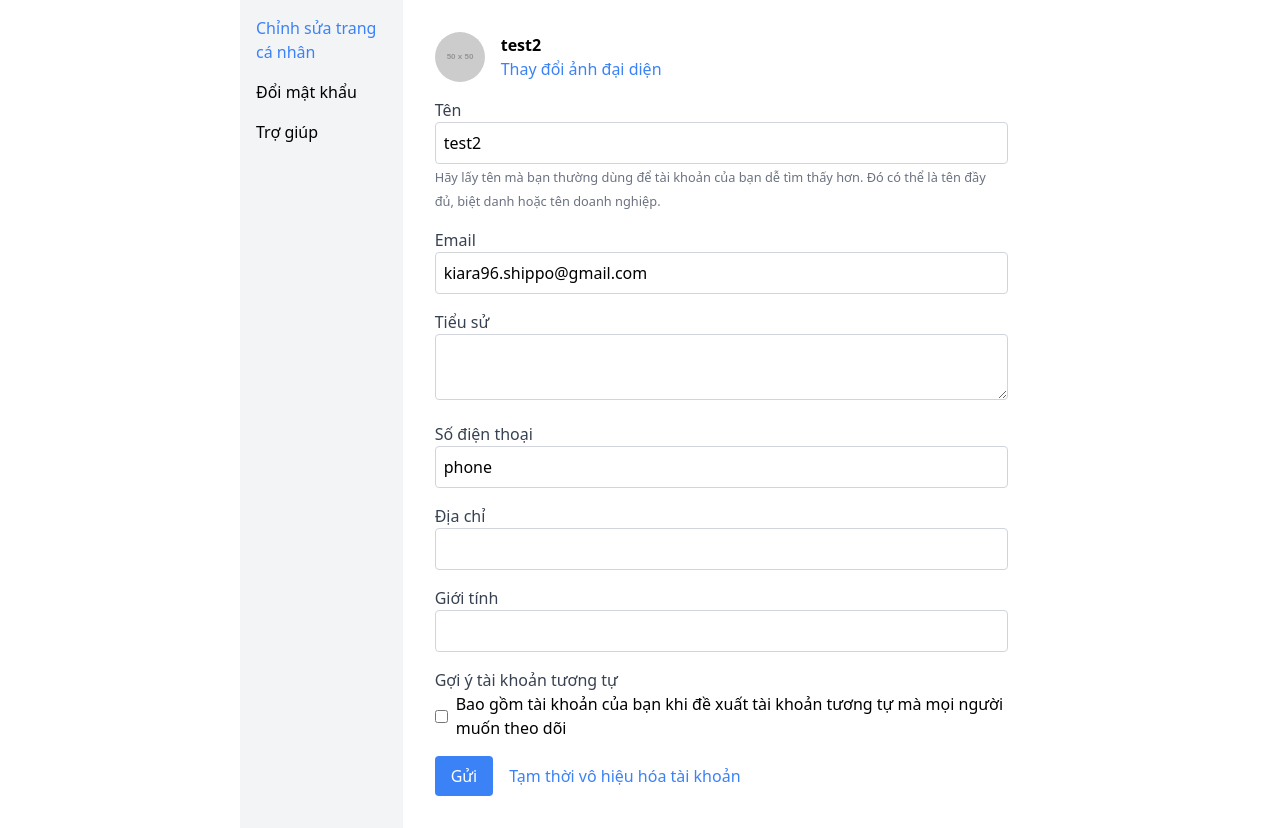
Repository: DangNgocDuong250903/2425_CS445AC_NHOM1
Page: /update_user (app in social_fe/)
These files come from the project's save history. The page is drawn as it stood at one moment and after the next save; the edit follows.
The browser window is 1280 px wide. The pictures show the whole page.
The project was rebuilt for these pictures with package versions that can differ from the ones it lists, and the page was loaded fresh each time. Also part of the build but not shown: social_fe/vite.config.js, social_fe/src/components/Button/index.jsx, social_fe/src/assets/index.js, social_fe/src/components/FriendCard/index.jsx, social_fe/src/components/Loading/index.jsx, social_fe/src/components/PostCard/index.jsx, social_fe/src/components/ProfileCard/index.jsx, social_fe/src/components/TextInput/index.jsx and 8 more.

Above is the page before, as saved 2024-11-05 10:49:34.

After the next save:
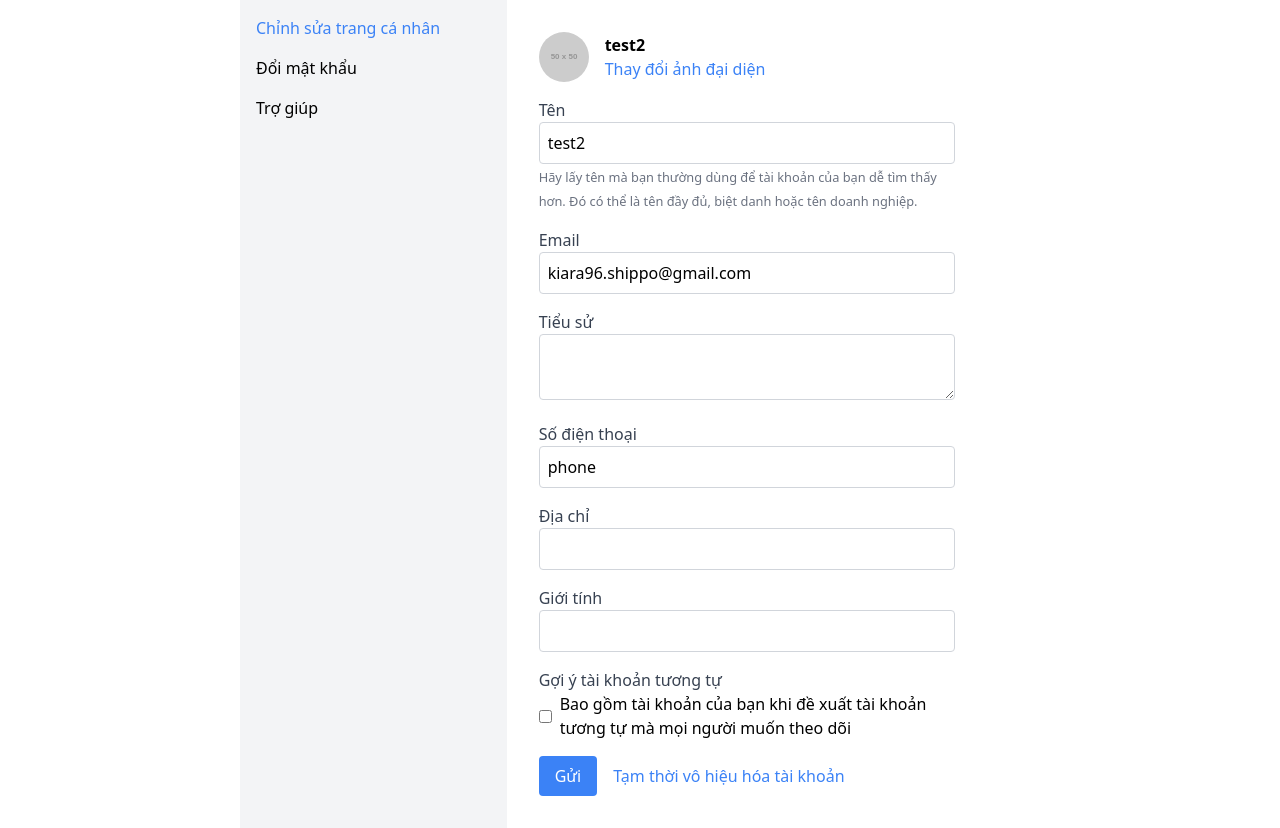
Saved 9 s later.
--- a/social_fe/src/pages/ProfilePage/updateUser.jsx
+++ b/social_fe/src/pages/ProfilePage/updateUser.jsx
@@ -10,7 +10,7 @@ const UpdateUser = () => {
                     <li className="mb-4"><a href="#">Trợ giúp</a></li>
                 </ul>
             </div>
-            <div className="p-8 w-3/">
+            <div className="w-3/5 p-8">
                 <div className="flex items-center mb-4">
                     <img src="https://placehold.co/50x50" alt="User avatar" className="mr-4 rounded-full" />
                     <div>
